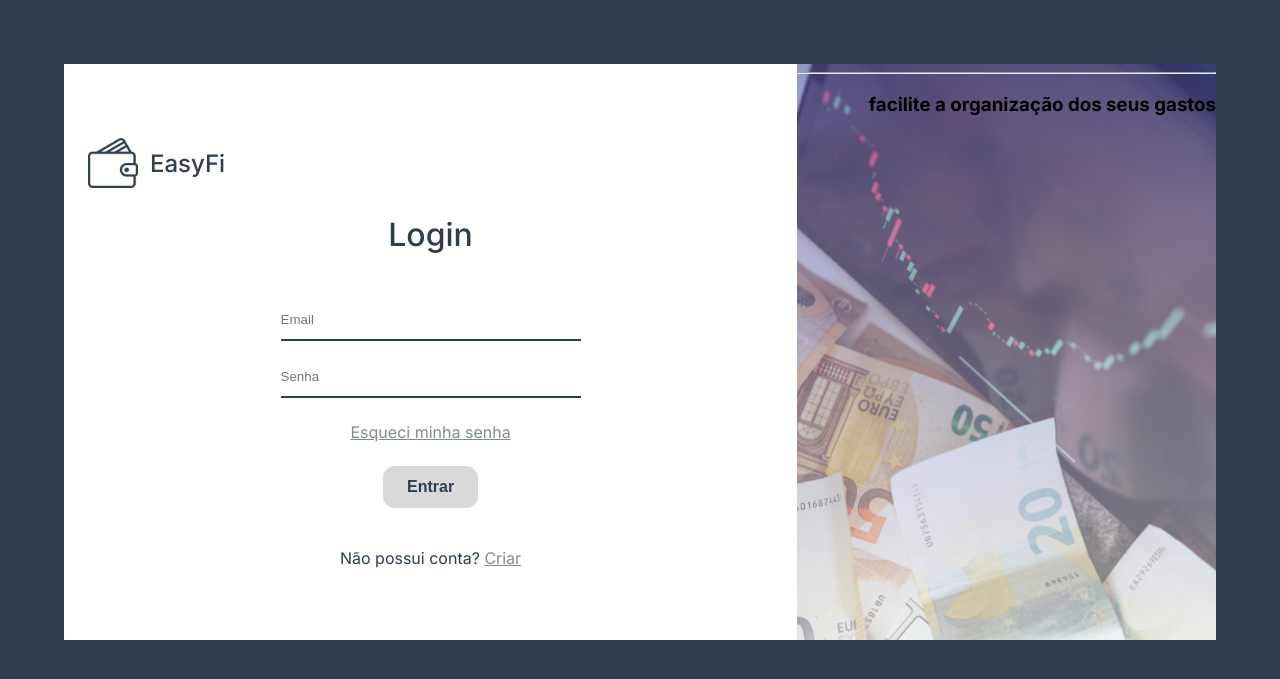
Repository: Ingridiag/projeto-engenharia
Page: login.html
These files come from the project's save history. The page is drawn as it stood at one moment and after a run of saves; the edit follows.
The browser window is 1280 px wide. The pictures show the whole page.

Above is the page before, as saved 2024-10-28 17:44:06.

### login.html
<!DOCTYPE html>
<html lang="pt">

<head>
    <meta charset="UTF-8">
    <meta name="viewport" content="width=device-width, initial-scale=1.0">
    <link rel="preconnect" href="https://fonts.googleapis.com">
<link rel="preconnect" href="https://fonts.gstatic.com" crossorigin>
<link href="https://fonts.googleapis.com/css2?family=Inter:ital,opsz,wght@0,14..32,100..900;1,14..32,100..900&display=swap"
rel="stylesheet">
    <link rel="stylesheet" href="style.css">
    <title>Login</title>
</head>

<body>
    <div class="container">

        <!-- Tela Login -->
        <div class="login">
            <div class="primeira-coluna">
                <div class="logo">
                    <img src="imagens/logo-azul 1.svg" alt="logo">
                    <h1>EasyFi</h1>
                </div>
                <div class="formulario">
                    <h1 class="title">Login</h1>
                    <form >
                        <input type="email" placeholder="Email">
                        <input type="password" placeholder="Senha">
                    </form>
                    <div class="uses">
                        <a href="#" class="link">Esqueci minha senha</a>

                    </div>
                    <div class="btn-default">
                        <button>
                            Entrar
                        </button>
                    </div>
                    <div >
                        <p>Não possui conta?
                            <span>
                                <a href="#" class="link">Criar</a>
                            </span>
                        </p>
                    </div>
                </div>
            </div>
            <div class="decor">
                <div class="mensagem">
                    <hr>
                    <h3>
                        facilite a organização dos seus gastos
                    </h3>
                </div>

            </div>
        </div>



        <div class="cadastro">
            <!-- Tela Cadastro -->
            <div class="decor">
                <div class="mensagem">
                    <hr>
                    <h3>
                        facilite a organização dos seus gastos
                    </h3>
                </div>

            </div>

            <div class="primeira-coluna">
                <div class="logo">
                    <img src="imagens/logo-azul 1.svg" alt="logo">
                    <h1>EasyFi</h1>
                </div>
                <div class="formulario">
                    <h1 class="title">Criar Conta</h1>
                    <form >
                        <input type="text" placeholder="Nome">
                        <input type="email" placeholder="Email">
                        <input type="password" placeholder="Senha">
                        <input type="password" placeholder=" Confirmar senha">
                    </form>
                    <div>
                        <a href="#" class="link">Esqueci minha senha</a>

                    </div>
                    <div class="btn-default">
                        <button>
                            Entrar
                        </button>
                    </div>
                    <div class="uses">
                        <p>Já possui conta?
                            <span>
                                <a href="#" class="link">Login</a>
                            </span>
                        </p>
                    </div>
                </div>
            </div>
        </div>


    </div>

</body>

</html>

### style.css
body {
    margin: 0;
    padding: 0;
    box-sizing: border-box;
    background: #2C3E50;
    font-family: "Inter", sans-serif;
}

.container {
    display: flex;
    justify-content: center;
    align-items: center;
    margin: 0 auto;
    padding: 5%;
}

.login {
    width: 100%;
    height: 80vh;

    display: flex;
    align-items: center;
    justify-content: space-between;
}

.primeira-coluna {
    width: 70%;
    height: 100%;
    display: flex;
    flex-direction: column;
    justify-content: center;
    background: #fff;
}

.logo {
    display: flex;
    gap: 12px;
    align-items: center;
    padding: 12px 24px 0;
    color: #2C3E50;

    h1 {
        font-size: 24px;
        font-weight: 500;
    }
    img{
        width: 50px;

    }

}

.formulario {
    display: flex;
    flex-direction: column;
    align-items: center;
    gap: 24px;
    color: #2C3E50;
    h1{
        font-weight: 500;}
}

.formulario form {
    display: flex;
    flex-direction: column;
    gap: 16px;
}

.formulario form input {
    width: 300px;
    padding: 12px 0px;
    background: none;
    border: none;
    border-bottom: 2px solid #2C3E50;
    outline: none;
    color: #2C3E50;

}

.formulario a {
    color: #7F8C8D;
}

.btn-default button {
    background: #D9D9D9;
    border: none;
    border-radius: 12px;
    padding: 12px 24px;
    font-size: 16px;
    transition: 0.2s ease;
    cursor: pointer;
    color: #2C3E50;
    font-weight: 600;
}

.btn-default button:hover {
    background: #F4EEEE;
    color: #577695;
    transform: scale(1.1);
}
.decor{
  width: 40%;
  height: 80vh;
  background: linear-gradient(rgba(94, 94, 196, 0.5), rgba(255, 255, 255, 0.5)),
  url(imagens/imagem_background.svg);
  background-position: 50% 50%;
  background-size: cover;
  text-align: end;
  align-content: flex-end
   .mensagem{

   }


}

.cadastro {
    display: none;
    flex-direction: column;
    position: relative;
}

After the next 2 saves:
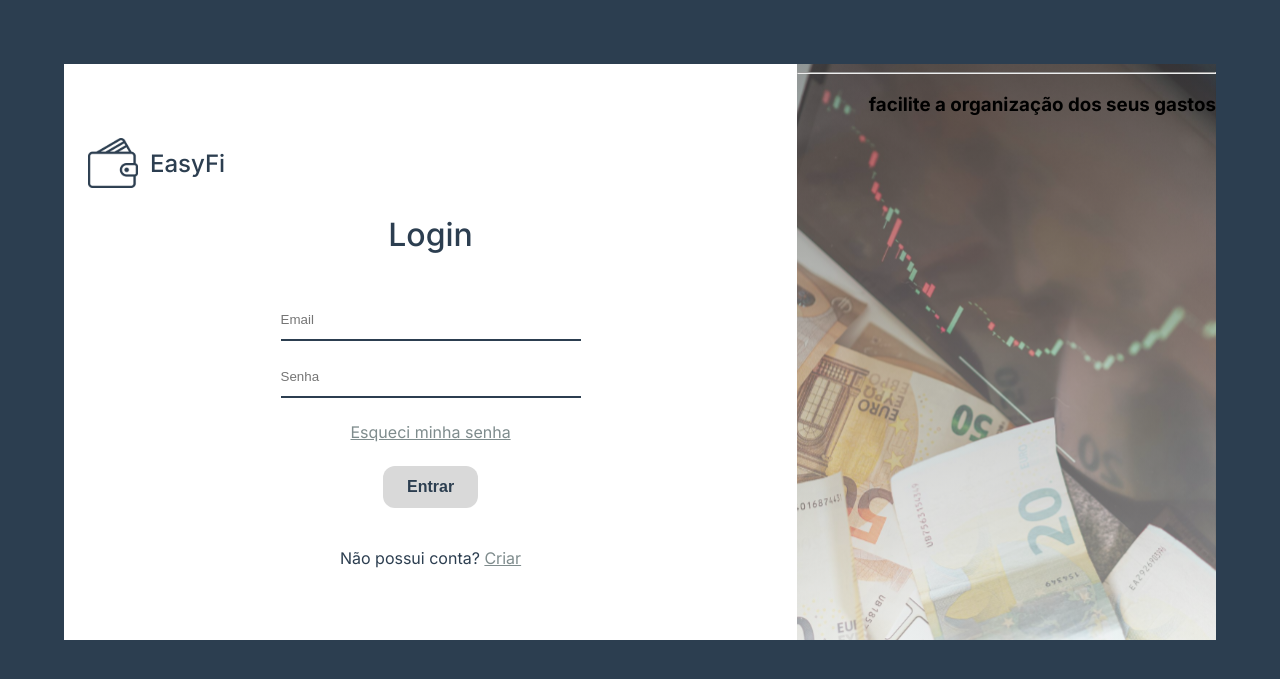
The 2 saves are shown as one change because they came seconds apart.
The last was saved 6 s later.
--- a/style.css
+++ b/style.css
@@ -101,7 +101,7 @@ body {
 .decor{
   width: 40%;
   height: 80vh;
-  background: linear-gradient(rgba(94, 94, 196, 0.5), rgba(255, 255, 255, 0.5)),
+  background: linear-gradient(rgba(94, 94, 94, 0.5), rgba(255, 255, 255, 0.5)),
   url(imagens/imagem_background.svg);
   background-position: 50% 50%;
   background-size: cover;
